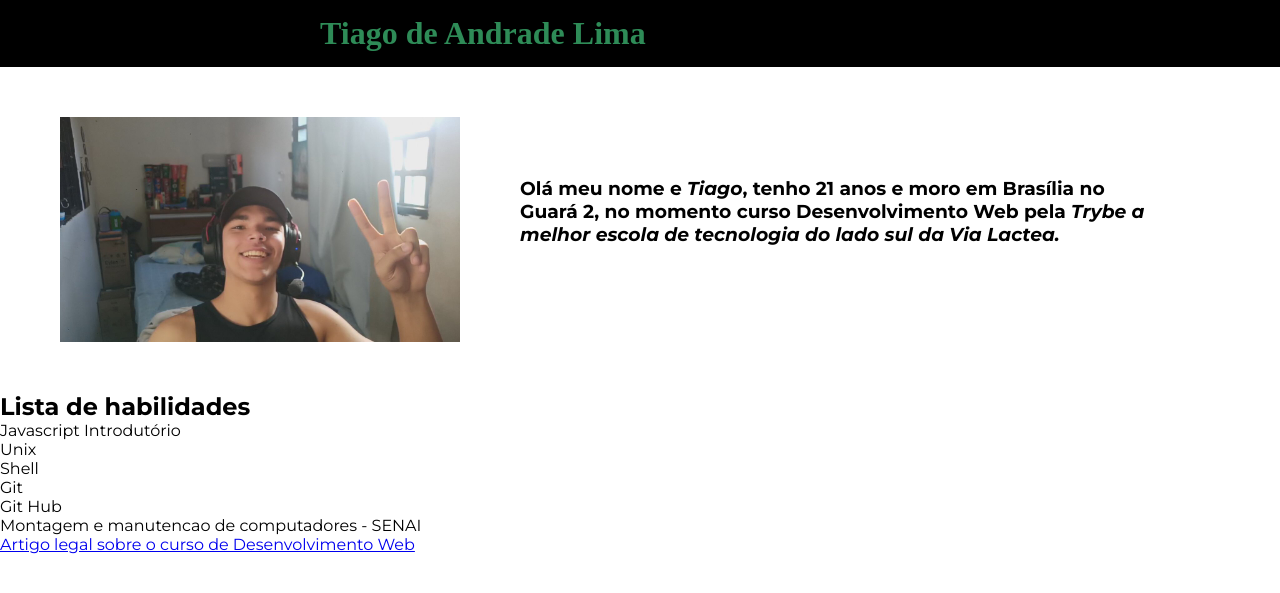
Repository: Batatiago/Batatiago.github.io
Page: index.html
These files come from the project's save history. The page is drawn as it stood at one moment and after the next save; the edit follows.
The browser window is 1280 px wide. The pictures show the whole page.

Above is the page before, as saved 2023-06-29 11:32:42.

After the next save:
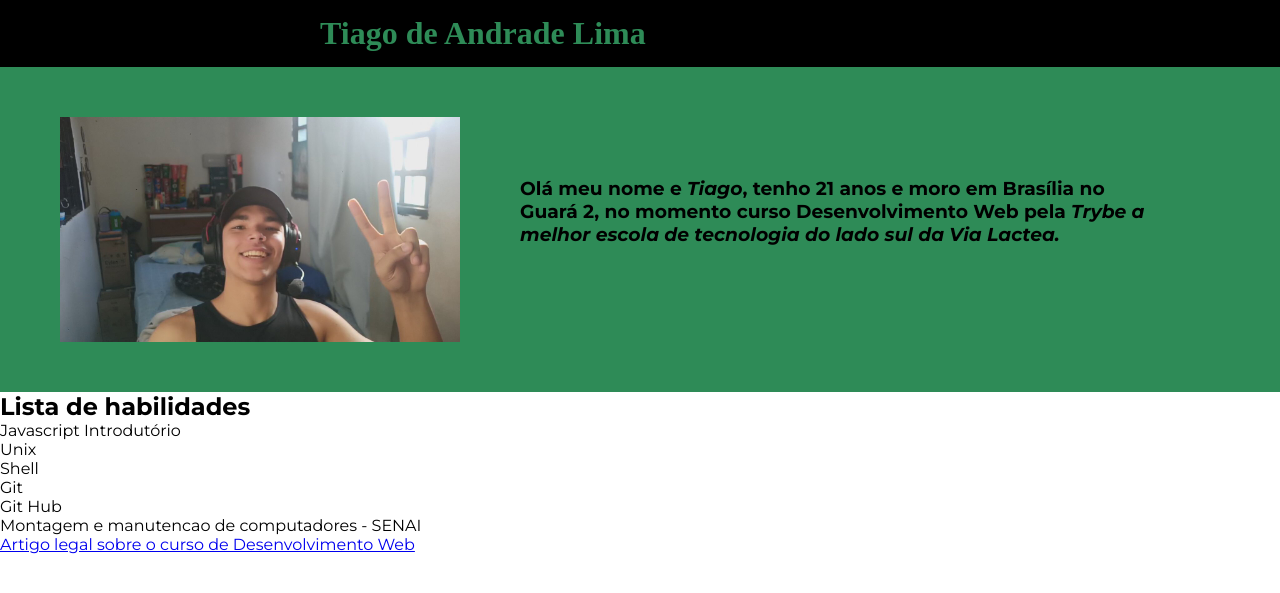
Saved 24 s later.
--- a/index.html
+++ b/index.html
@@ -18,11 +18,13 @@
       <h1 class="meuNome"> Tiago de Andrade Lima</h1>
     </div>
   </div>
-  <div class="resumo">
-    <img id="foto" src="2023-06-23-160707.jpg" alt="Imagem de Tiago" width="300px">
-    <h3 class="descricao">Olá meu nome e <strong><em>Tiago</em></strong>, tenho 21 anos e moro em Brasília no Guará 2, no
-      momento curso Desenvolvimento
-      Web pela <strong><em>Trybe a melhor escola de tecnologia do lado sul da Via Lactea.</em></strong></h3>
+  <div class="resumo-container">
+    <div class="resumo">
+      <img id="foto" src="2023-06-23-160707.jpg" alt="Imagem de Tiago" width="300px">
+      <h3 class="descricao">Olá meu nome e <strong><em>Tiago</em></strong>, tenho 21 anos e moro em Brasília no Guará 2, no
+        momento curso Desenvolvimento
+        Web pela <strong><em>Trybe a melhor escola de tecnologia do lado sul da Via Lactea.</em></strong></h3>
+    </div>
   </div>
   <div>
     <h2>Lista de habilidades</h2>
